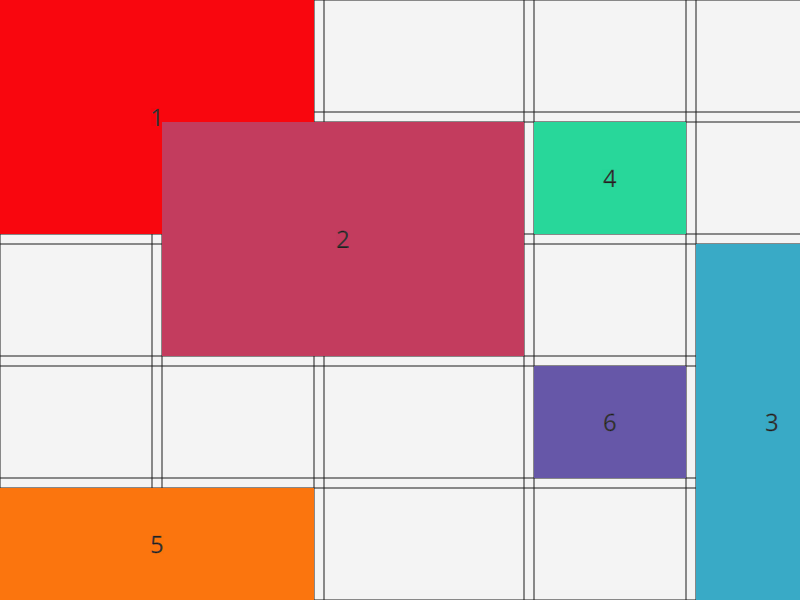
Repository: vitmac1/eclipse-workspace-project
Program's window: java exercicios-javafx/src/layout/AppLayout.java
An editor plug-in stored every save of this project. The program's window is shown before and after the next save, followed by the edit.
It runs on Java 21 on a 1366 x 768 screen with JavaFX 11; the title bar is not drawn.

Above is the program's window before, as saved 2022-10-21 17:23:31.

### exercicios-javafx/src/layout/AppLayout.java
package layout;

import javafx.application.Application;
import javafx.scene.Parent;
import javafx.scene.Scene;
//import javafx.scene.Scene;
//import javafx.scene.layout.VBox;
import javafx.stage.Stage;

public class AppLayout extends Application{

	private Stage Janela;

	@Override
	public void start(Stage primaryStage) throws Exception {
		@SuppressWarnings("unused")
		Parent raiz = null;

		raiz = new TesteBorderPane();
		raiz = new TesteFlowPane();
		raiz = new TesteGridPane();

		Scene principal = new Scene(new TesteGridPane(), 800, 600);

		Janela = primaryStage;
		Janela.setScene(principal);
		Janela.setTitle("Gerenciador de Layout");
		Janela.show();
	}

	public static void main(String[] args) {
		launch(args);
	}
}

### exercicios-javafx/src/layout/TesteGridPane.java
package layout;

import javafx.scene.layout.ColumnConstraints;
import javafx.scene.layout.GridPane;
import javafx.scene.layout.RowConstraints;

public class TesteGridPane extends GridPane{

	public TesteGridPane() {

		Caixa c1 = new Caixa().comTexto("1");
		Caixa c2 = new Caixa().comTexto("2");
		Caixa c3 = new Caixa().comTexto("3");
		Caixa c4 = new Caixa().comTexto("4");
		Caixa c5 = new Caixa().comTexto("5");
		Caixa c6 = new Caixa().comTexto("6");

		setGridLinesVisible(true);

		getColumnConstraints().addAll(cc(), cc(), fcc(), cc(), cc());
		getRowConstraints().addAll(rc(), rc(), rc(), rc(), rc());

		setVgap(10);
		setHgap(10);

		add(c1, 0, 0, 2, 2);
		add(c2, 1, 1, 2, 2);
		add(c3, 4, 2, 1, 3);
		add(c4, 3, 1);
		add(c5, 0, 4, 2, 1);
		add(c6, 3, 3);
	}

	private ColumnConstraints cc() {
		ColumnConstraints cc = new ColumnConstraints();
		cc.setPercentWidth(20);
		cc.setFillWidth(true);
		return cc;
	}

	private ColumnConstraints fcc() {
		ColumnConstraints cc = new ColumnConstraints();
		cc.setMinWidth(200);
		cc.setMaxWidth(200);
		cc.setFillWidth(true);
		return cc;
	}

	private RowConstraints rc() {
		RowConstraints rc = new RowConstraints();
		rc.setPercentHeight(20);
		rc.setFillHeight(true);
		return rc;
	}

	private RowConstraints frc() {
		RowConstraints rc = new RowConstraints();
		rc.setMinHeight(20);
		rc.setMaxHeight(20);
		rc.setFillHeight(true);
		return rc;
	}

}

### exercicios-javafx/src/layout/TesteBorderPane.java
package layout;

import javafx.scene.layout.BorderPane;

public class TesteBorderPane extends BorderPane{

	public TesteBorderPane() {

		Caixa c1 = new Caixa().comTexto("Topo");
		setTop(c1);

		Caixa c2 = new Caixa().comTexto("Esquerda");
		setLeft(c2);

		Caixa c3 = new Caixa().comTexto("Direita");
		setRight(c3);

		Caixa c4 = new Caixa().comTexto("Fundo");
		setBottom(c4);

		Caixa c5 = new Caixa().comTexto("Area Central");
		setCenter(c5);
	}
}

### exercicios-javafx/src/layout/Caixa.java
package layout;

import javafx.geometry.Pos;
import javafx.scene.control.Label;
import javafx.scene.layout.Background;
import javafx.scene.layout.BackgroundFill;
import javafx.scene.layout.CornerRadii;
import javafx.scene.layout.HBox;
import javafx.scene.paint.Color;
import javafx.scene.text.Font;

public class Caixa extends HBox{

	private static int i = 0;

	private String[] cores =
	{
		"#c33c5e", "#39aac6", "#28d79a",
		"#fb750e", "#6657a8", "#f9060e"
	};

	public Caixa() {
		this(100, 100);
	}

	public Caixa(int largura, int altura) {
		setAlignment(Pos.CENTER);

		setMinWidth(largura);
		setMinHeight(altura);

		BackgroundFill fill = new BackgroundFill(
				Color.web(cores[i]), CornerRadii.EMPTY, javafx.geometry.Insets.EMPTY);
		setBackground(new Background(fill));

		i++;
		if (i == 6)i = 0;

	}

	public Caixa comTexto(String texto) {
		Label label = new Label(texto);
		label.setFont(new Font(24));
		getChildren().add(label);
		return this;
	}
}

### exercicios-javafx/src/layout/TesteFlowPane.java
package layout;

import javafx.geometry.Insets;
import javafx.geometry.Orientation;
import javafx.geometry.Pos;
import javafx.scene.layout.FlowPane;

public class TesteFlowPane extends FlowPane{

	public TesteFlowPane() {
		Quadrado q1 = new Quadrado();
		Quadrado q2 = new Quadrado();
		Quadrado q3 = new Quadrado();
		Quadrado q4 = new Quadrado();
		Quadrado q5 = new Quadrado();

		setHgap(10);
		setVgap(10);
		setPadding(new Insets(10));

		setOrientation(Orientation.VERTICAL);
		setAlignment(Pos.CENTER_RIGHT);

		getChildren().addAll(q1, q2, q3, q4, q5);
	}
}

### exercicios-javafx/src/layout/Quadrado.java
package layout;

import javafx.scene.paint.Color;
import javafx.scene.shape.Rectangle;

public class Quadrado extends Rectangle{
	private static int i = 0;

	private String[] cores =
	{
		"#c33c5e", "#39aac6", "#28d79a",
		"#fb750e", "#6657a8", "#f9060e"
	};

	public Quadrado() {
		this(100, 100);
	}

	public Quadrado(int largura, int altura) {

		setWidth(largura);
		setHeight(altura);

		setFill(Color.web(cores[i]));

		i++;
		if (i == 6)i = 0;
	}


}

After the next save:
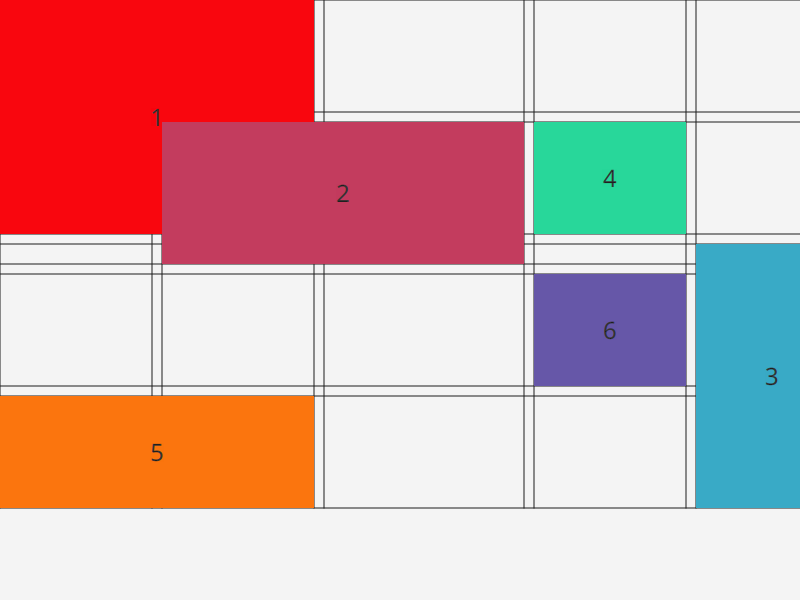
Saved 13 s later.
--- a/exercicios-javafx/src/layout/TesteGridPane.java
+++ b/exercicios-javafx/src/layout/TesteGridPane.java
@@ -18,7 +18,7 @@
 		setGridLinesVisible(true);
 
 		getColumnConstraints().addAll(cc(), cc(), fcc(), cc(), cc());
-		getRowConstraints().addAll(rc(), rc(), rc(), rc(), rc());
+		getRowConstraints().addAll(rc(), rc(), frc(), rc(), rc());
 
 		setVgap(10);
 		setHgap(10);
